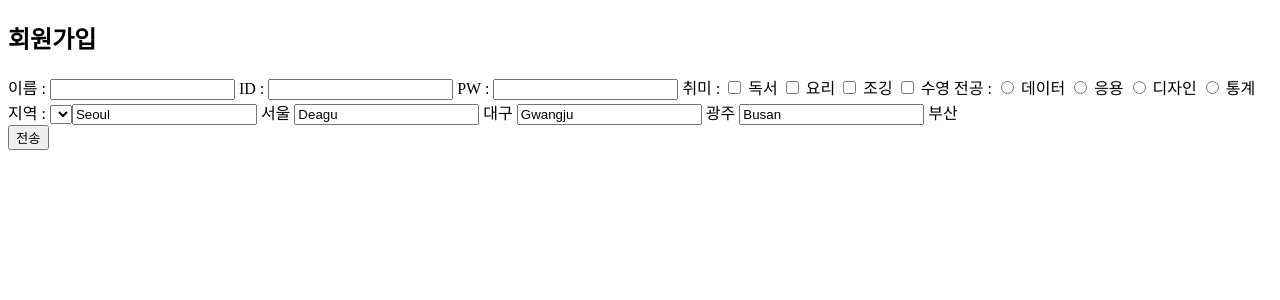
Repository: xxihyun0830/JSP
Page: http://localhost/Day3_getpost/join.jsp
These files come from the project's save history. The page is drawn as it stood at one moment and after the next save; the edit follows.
The browser window is 1280 px wide. The pictures show the whole page.
The page is served by Tomcat 9.

Above is the page before, as saved 2019-07-11 04:46:33.

After the next save:
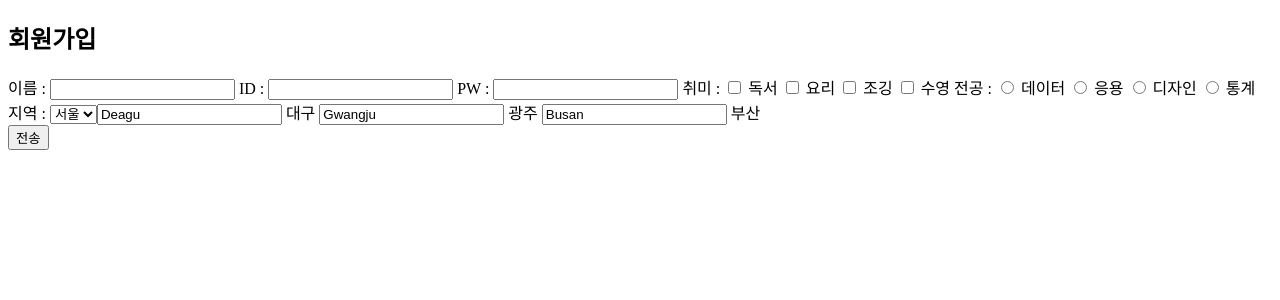
Saved 90 s later.
--- a/Day3_getpost/WebContent/join.jsp
+++ b/Day3_getpost/WebContent/join.jsp
@@ -21,8 +21,8 @@ PW : <input type = "password" name = "pw">
       <input type = "radio" name = "major" value = "응용"> 응용
       <input type = "radio" name = "major" value = "design"> 디자인
       <input type = "radio" name = "major" value="statics"> 통계
-지역 : <select>
-      <input type = "text" name = "region" value = "Seoul"> 서울
+지역 : <select name = "region">
+      <option value = "Seoul"> 서울
       <input type = "text" name = "region" value = "Deagu"> 대구
       <input type = "text" name = "region" value = "Gwangju"> 광주
       <input type = "text" name = "region" value = "Busan"> 부산
